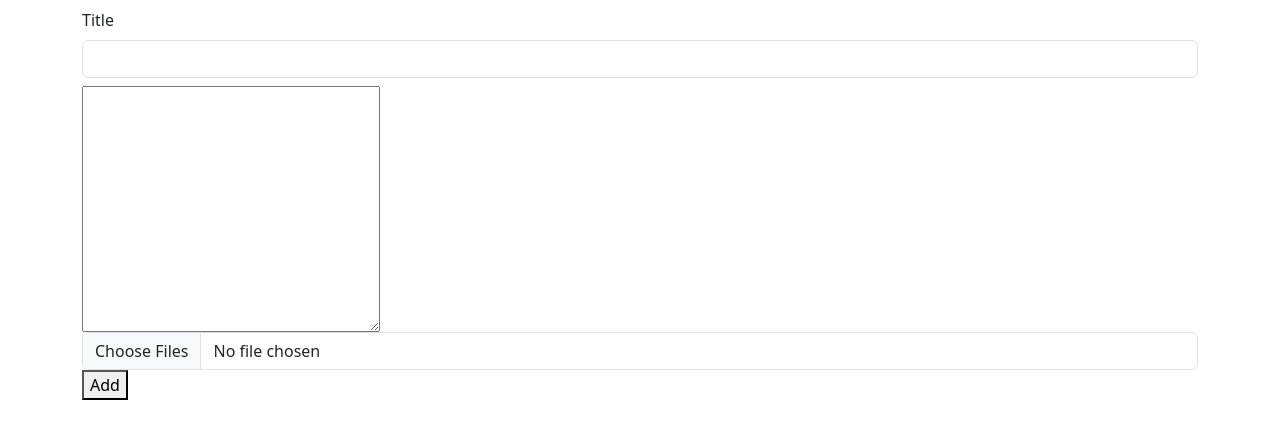
Repository: wasimalbokae2000/blogs
Page: http://localhost/posts/create
These files come from the project's save history. The page is drawn as it stood at one moment and after the next save; the edit follows.
The browser window is 1280 px wide. The pictures show the whole page.
The page is served by the project's Laravel application, run on PHP 8.4 with Laravel 12. Other server files are loaded and not shown.

Above is the page before, as saved 2024-11-27 23:09:33.

### routes/web.php
<?php

use Illuminate\Support\Facades\Route;
use App\Http\Controllers\PostController;
Route::get('/', function () {
    return view('welcome');
});

Route::get('/posts', [PostController::class, "index"])->name("posts");
Route::get('/posts/create', [PostController::class, "create"] )->name("posts.create");
Route::POST('/posts/store', [PostController::class, "store"] )->name("posts.store");
Route::get('/posts/show/id={id?}', [PostController::class, "show"] )->name("posts.show");
Route::get('/posts/edit/id={id?}', [PostController::class, "edit"] )->name("posts.edit");
Route::POST('/posts/update/id={id?}', [PostController::class, "update"] )->name("posts.update");
Route::get('/posts/delete/id={id?}', [PostController::class, "destroy"] )->name("posts.delete");

### app/Http/Controllers/PostController.php
<?php

namespace App\Http\Controllers;

use App\Models\Post;
use Illuminate\Http\Request;

class PostController extends Controller
{
    /**
     * Display a listing of the resource.
     */
    public function index()
    {
        $posts=Post::all();
        return view("posts.index",compact("posts"));
    }

    /**
     * Show the form for creating a new resource.
     */
    public function create()
    {
        return view("posts.create");
    }

    /**
     * Store a newly created resource in storage.
     */
    public function store(Request $request)
    {

        $arr_images=array();
        if($images=$request->file("image"))
        {
            foreach($images as $image)
            {
                $imgName=$image->getClientOriginalName() . '-'. uniqid() . '.'.$image->getClientOriginalExtension();
                $arr_images[]=$imgName;
                 $image->move(public_path("/images"),$imgName);
            }
            // $imgName=$request->file("image")->getClientOriginalName() . '-'. uniqid() . '.'.$request->file("image")->getClientOriginalExtension();
        }
        $p=Post::create([
            "title"=>$request->title,
            "description"=>$request->description,
            "image"=>implode('|',$arr_images)
            ]);
        if($p)
        return redirect()->route('posts');
        return view("posts.index");
    }

    /**
     * Display the specified resource.
     */
    public function show($id)
    {
        $post=Post::find($id);
        return view("posts.show",compact("post"));
    }
    public function showForEdit($id)
    {

    }

    /**
     * Show the form for editing the specified resource.
     */
    public function edit($id)
    {
        $post=Post::find($id);
        return view("posts.edit",compact("post"));
    }

    /**
     * Update the specified resource in storage.
     */
    public function update(Request $request, $id)
    {
        $post=POST::find($id);
        $post->title=$request->title;
        $post->description=$request->description;
        if($request->hasFile("image"))
        {
            $imgName=$request->file("image")->getClientOriginalName() . '-'. uniqid() . '.'.$request->file("image")->getClientOriginalExtension();
           $request->file("image")->move(public_path("/images"),$imgName);
           $post->image=$imgName;
        }
        $post->save();
        return redirect()->route('posts');
    }

    /**
     * Remove the specified resource from storage.
     */
    public function destroy($id)
    {
        $post = Post::find($id);
        $post->delete();
        return redirect()->route('posts');
    }
}

### resources/views/posts/create.blade.php
<link href="https://cdn.jsdelivr.net/npm/bootstrap@5.3.3/dist/css/bootstrap.min.css" rel="stylesheet" integrity="sha384-QWTKZyjpPEjISv5WaRU9OFeRpok6YctnYmDr5pNlyT2bRjXh0JMhjY6hW+ALEwIH" crossorigin="anonymous">

<div class="container">
    <form action="{{ route("posts.store") }}" enctype="multipart/form-data" method="POST">
        @method("POST")
        @csrf
        <div class="mt-2 mb-2">
            <label for="title" class="form-label">Title</label>
            <input  class="form-control" id="title" >
        </div>
        <textarea name="description" id="" cols="30" rows="10"></textarea>
        <input class="form-control" type="file" name="image[]" multiple>
        <button type="submit">Add</button>
    </form>
</div>

<script src="https://cdn.jsdelivr.net/npm/bootstrap@5.3.3/dist/js/bootstrap.bundle.min.js" integrity="sha384-YvpcrYf0tY3lHB60NNkmXc5s9fDVZLESaAA55NDzOxhy9GkcIdslK1eN7N6jIeHz" crossorigin="anonymous"></script>

Loaded but not shown: app/Http/Controllers/Controller.php (common file)

After the next save:
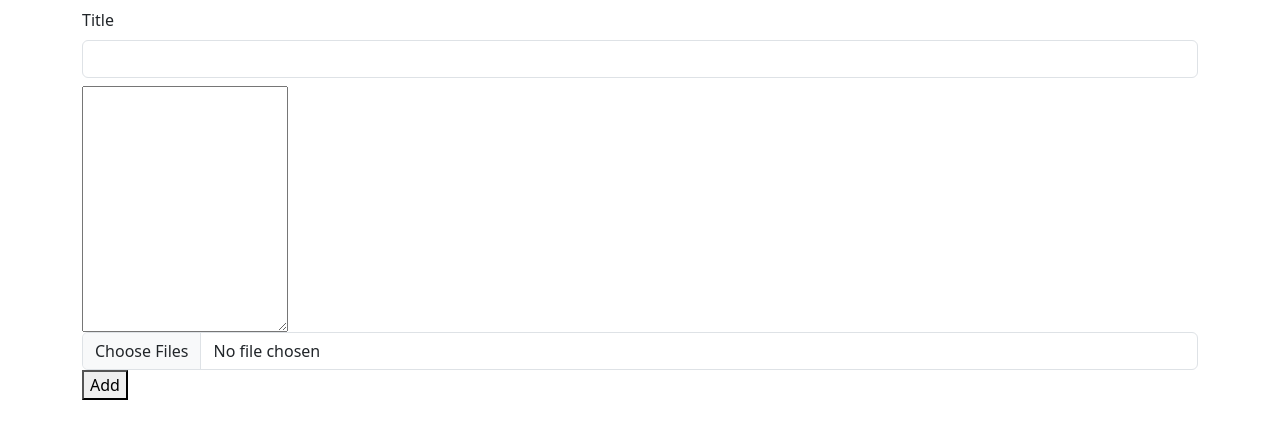
Saved 4 min 56 s later.
--- a/resources/views/posts/create.blade.php
+++ b/resources/views/posts/create.blade.php
@@ -8,7 +8,7 @@
             <label for="title" class="form-label">Title</label>
             <input  class="form-control" id="title" >
         </div>
-        <textarea name="description" id="" cols="30" rows="10"></textarea>
+        <textarea name="description" id="" cols="20" rows="10"></textarea>
         <input class="form-control" type="file" name="image[]" multiple>
         <button type="submit">Add</button>
     </form>
